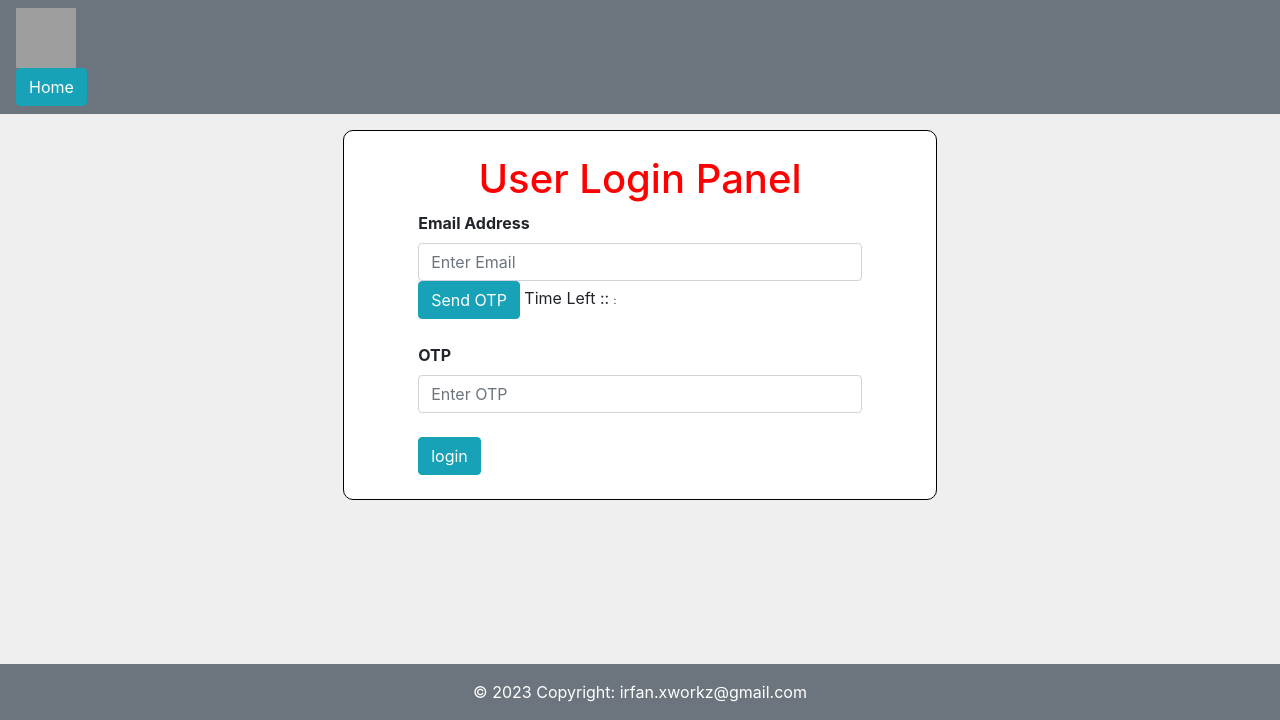
Repository: irfanxworkz/Project
Page: http://localhost/parking/UserLogin.jsp
An editor plug-in stored every save of this project. The page is shown before and after the next save, followed by the edit.
The browser window is 1280 px wide. The pictures show the whole page.
Pictures or frames that could not be fetched are drawn as grey boxes. The page is served by Tomcat 9.

Above is the page before, as saved 2023-07-12 08:47:15.
Console error: SyntaxError: Unexpected identifier 'getseconds'

After the next save:
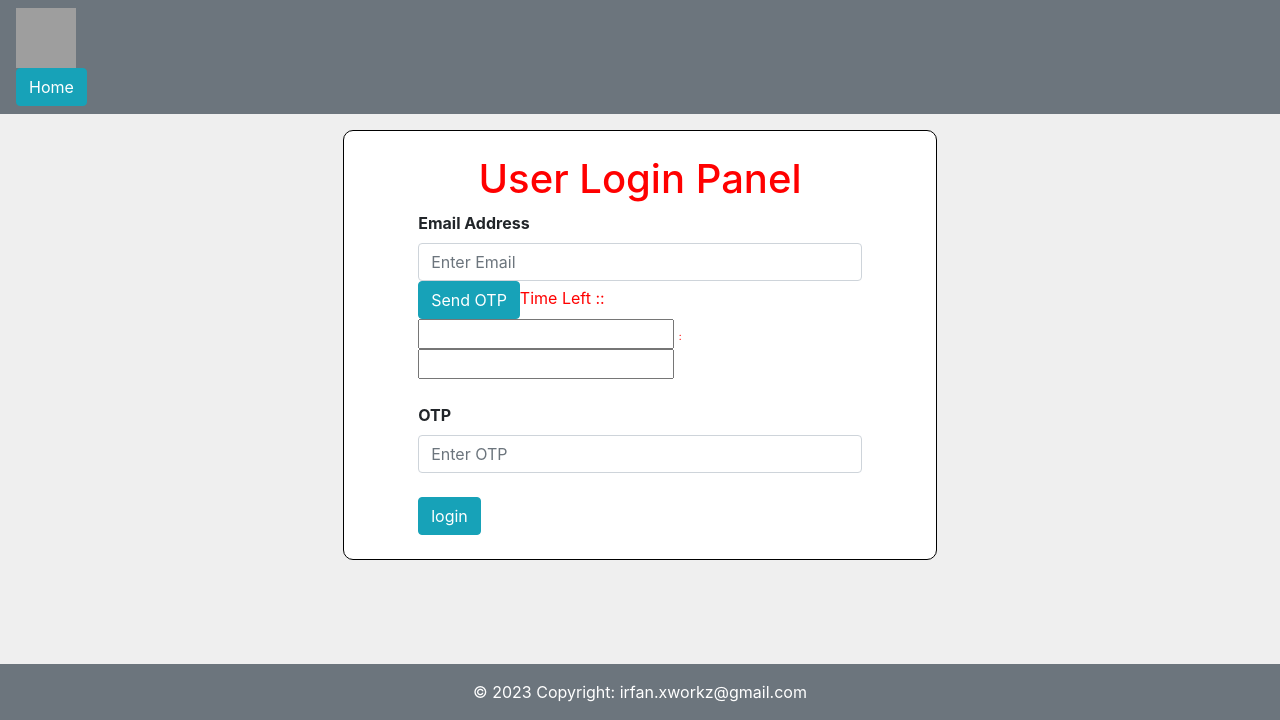
Saved 2 min 15 s later.
--- a/parking/src/main/webapp/UserLogin.jsp
+++ b/parking/src/main/webapp/UserLogin.jsp
@@ -69,7 +69,7 @@
 			<div class="container">
 			<label for="email"><b>Email Address</b></label>
 			<!--  <span style="color: red;"> Time Left ::</span><br><br> -->
-			    <input type="email" name="email" class="form-control" placeholder="Enter Email" required="required"><input type="submit" value="Send OTP" onclick="countdown();" class="btn btn-info" > Time Left :: <span id="minutes"><font size="1"> : </font> </span> <span id="seconds"> </span><br><br>
+			    <input type="email" name="email" class="form-control" placeholder="Enter Email" required="required"><input type="submit" value="Send OTP" onclick="countdown();" class="btn btn-info" ><span style="color: red;">Time Left :: <input id="minutes" type="text"> <font size="1"> : </font> <input id="seconds" type="text"> </span><br><br>
 
 
 			<label for="otp"><b>OTP</b></label>
